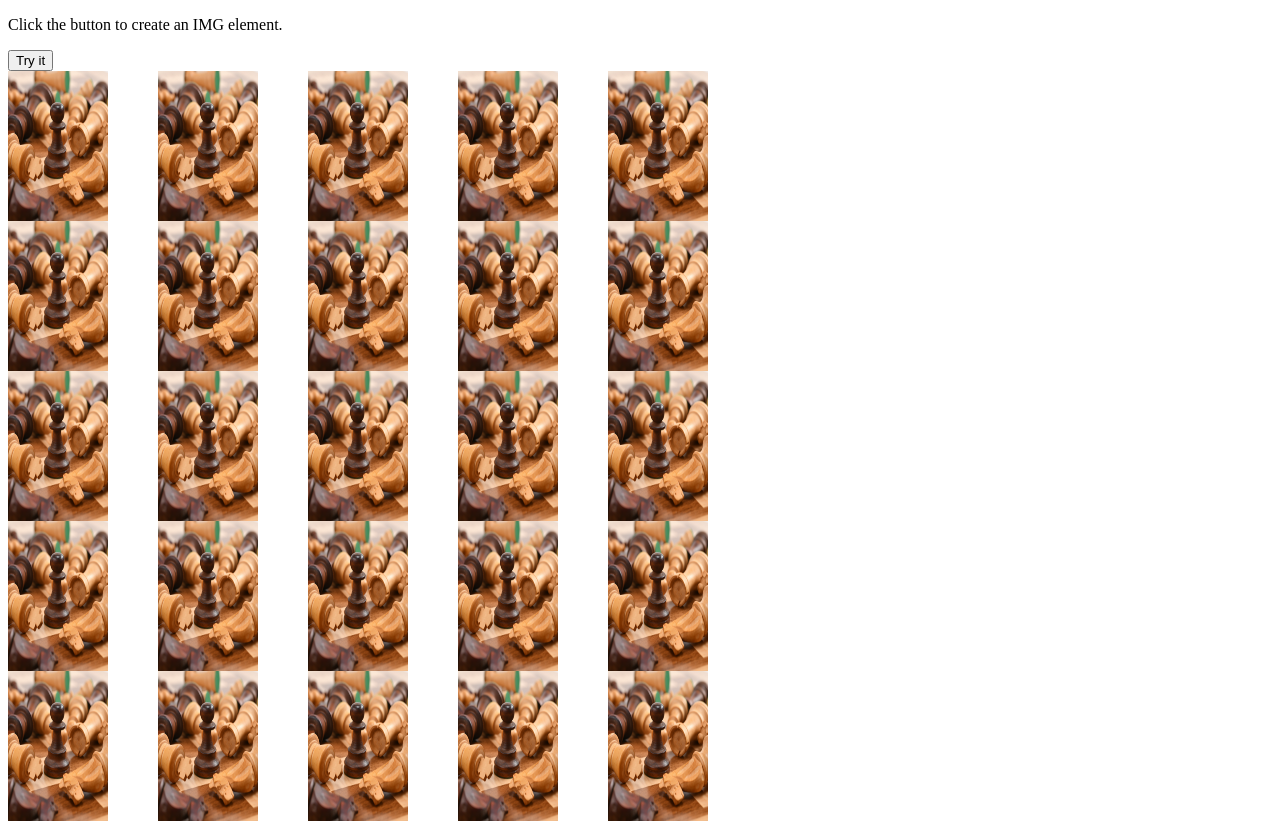
Repository: rashmikagamage/puzzle-vanila-js
Page: index.html
The author's editor kept a copy of each file at every save. The page is drawn from the files as they stood at one save, then again after the next save.
The browser window is 1280 px wide. The pictures show the whole page.
After loading, the first visible `button` was clicked once.

Above is the page before, as saved 2020-08-05 19:27:19.

After the next save:
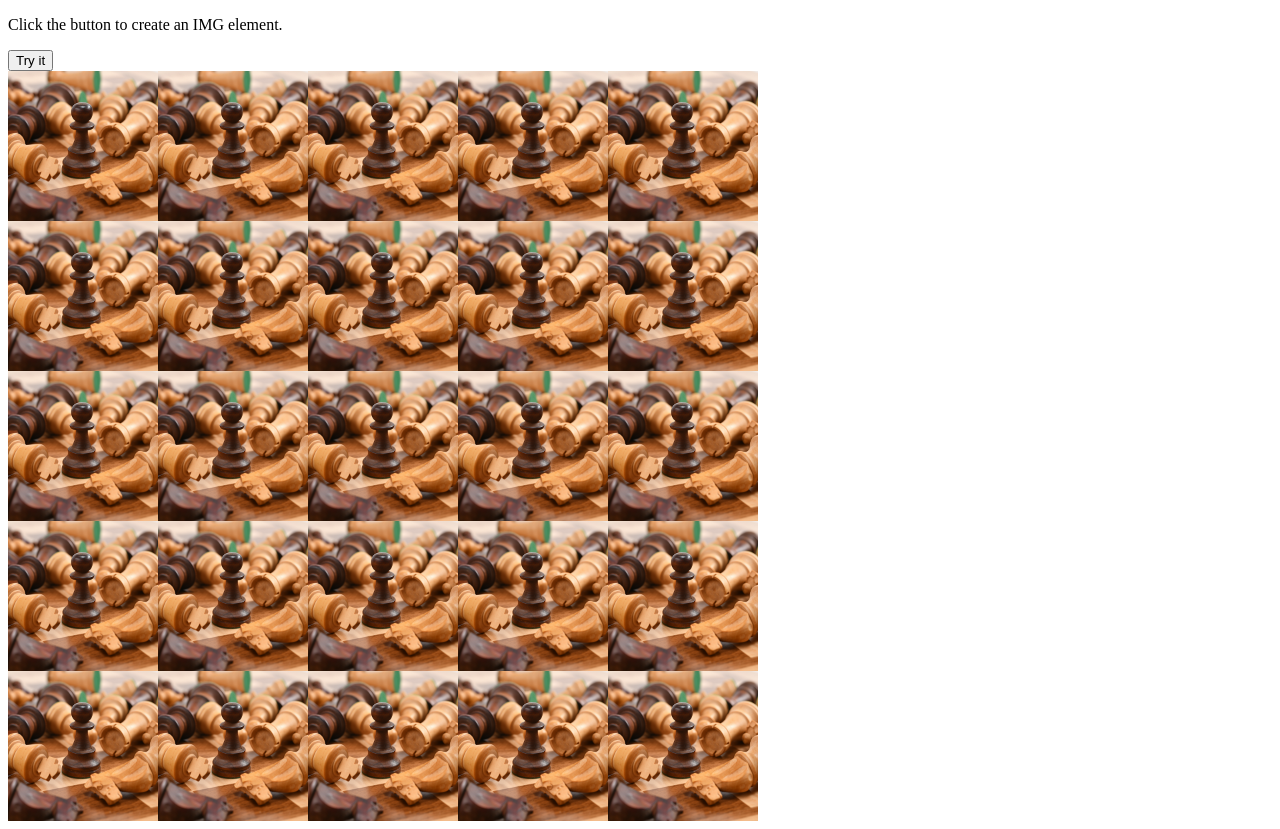
Saved 51 s later.
--- a/function.js
+++ b/function.js
@@ -10,7 +10,7 @@
         var x = document.createElement("IMG");
         x.setAttribute("src", "./chess.jpg");
         //x.style.position = "absolute"
-        x.style.width = '100px';
+        x.style.width = '150px';
         x.style.height = '150px';
         x.style.clip = "rect(10px 15px 25px 0px)"
         x.id = "img" + i;
